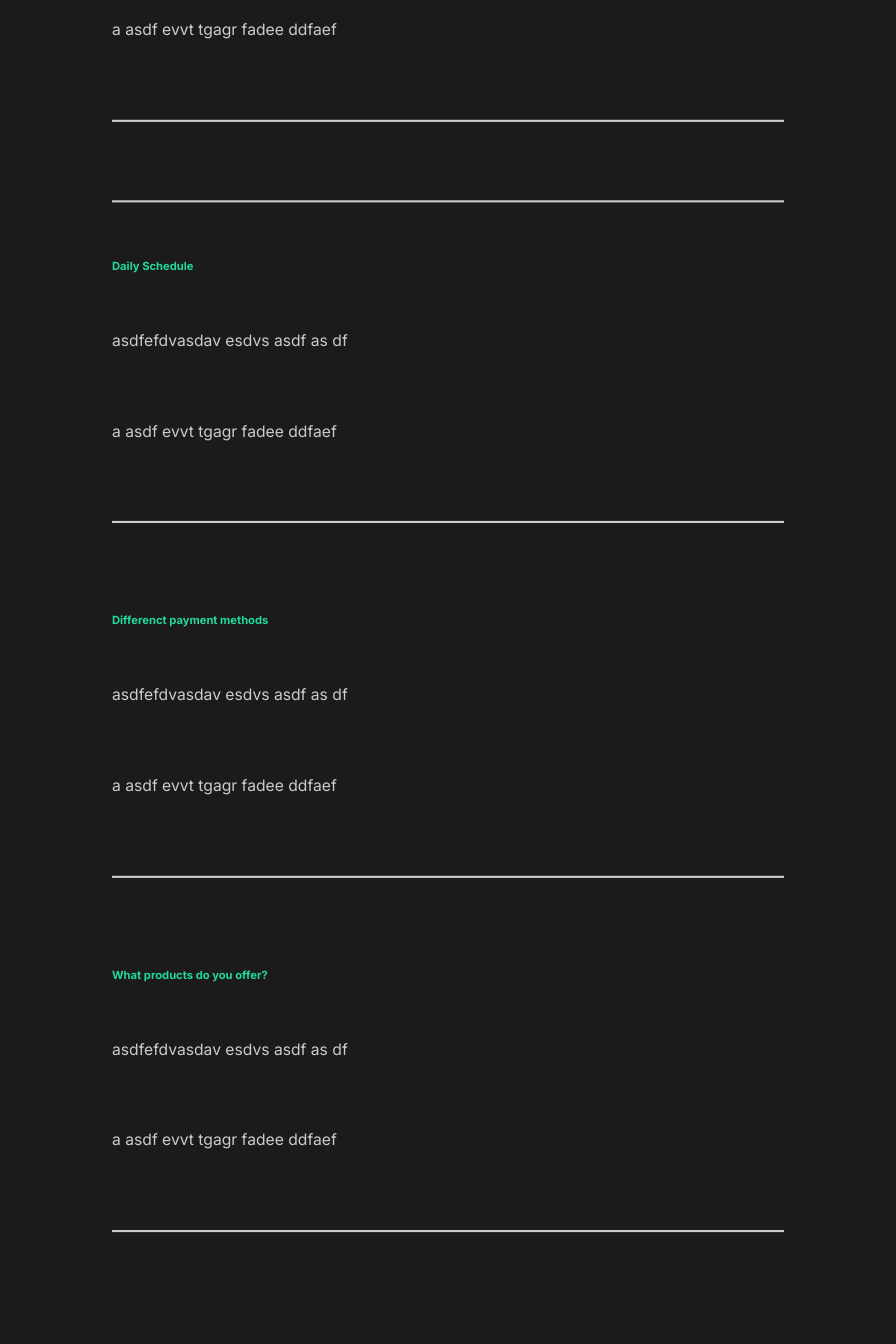
Repository: programmingwithlevi/capture
Page: /
An editor plug-in stored every save of this project. The page is shown before and after the next save, followed by the edit.
The browser window is 1280 px wide. The pictures show the part of the page from y = 2383 to 4303 px (the page is 4303 px tall before and 4236 px after), at 70% of full size.
The project was rebuilt for these pictures with package versions that can differ from the ones it lists, and the page was loaded fresh each time. Also part of the build but not shown: src/pages/ContactUs.js, src/pages/OurWork.js, src/movieState.js, src/pages/movieDetail.js.

Above is the page before, as saved 2021-12-11 12:06:02.

### public/index.html
<!DOCTYPE html>
<html lang="en">
  <head>
    <meta charset="utf-8" />
    <link rel="icon" href="%PUBLIC_URL%/favicon.ico" />
    <meta name="viewport" content="width=device-width, initial-scale=1" />
    <meta name="theme-color" content="#000000" />
    <meta
      name="description"
      content="Web site created using create-react-app"
    />
    <link rel="preconnect" href="https://fonts.googleapis.com">
<link rel="preconnect" href="https://fonts.gstatic.com" crossorigin>
<link href="https://fonts.googleapis.com/css2?family=Inter:wght@400;700&family=Lato:wght@400;700&display=swap" rel="stylesheet">
<link rel="preconnect" href="https://fonts.googleapis.com">
<link rel="preconnect" href="https://fonts.gstatic.com" crossorigin>
<link href="https://fonts.googleapis.com/css2?family=Inter:wght@400;700&family=Lato:wght@400;700&family=Lobster&display=swap" rel="stylesheet">
    <link rel="apple-touch-icon" href="%PUBLIC_URL%/logo192.png" />
    <!--
      manifest.json provides metadata used when your web app is installed on a
      user's mobile device or desktop. See https://developers.google.com/web/fundamentals/web-app-manifest/
    -->
    <link rel="manifest" href="%PUBLIC_URL%/manifest.json" />
    <!--
      Notice the use of %PUBLIC_URL% in the tags above.
      It will be replaced with the URL of the `public` folder during the build.
      Only files inside the `public` folder can be referenced from the HTML.

      Unlike "/favicon.ico" or "favicon.ico", "%PUBLIC_URL%/favicon.ico" will
      work correctly both with client-side routing and a non-root public URL.
      Learn how to configure a non-root public URL by running `npm run build`.
    -->
    <title>Capture</title>
  </head>
  <body>
    <noscript>You need to enable JavaScript to run this app.</noscript>
    <div id="root"></div>
    <!--
      This HTML file is a template.
      If you open it directly in the browser, you will see an empty page.

      You can add webfonts, meta tags, or analytics to this file.
      The build step will place the bundled scripts into the <body> tag.

      To begin the development, run `npm start` or `yarn start`.
      To create a production bundle, use `npm run build` or `yarn build`.
    -->
  </body>
</html>

### src/index.js
import React from 'react';
import ReactDOM from 'react-dom';

import App from './App';
import reportWebVitals from './reportWebVitals';
import {BrowserRouter} from 'react-router-dom';

ReactDOM.render(
  <React.StrictMode>
    <BrowserRouter>
    <App />
    </BrowserRouter>
  </React.StrictMode>,
  document.getElementById('root')
);

// If you want to start measuring performance in your app, pass a function
// to log results (for example: reportWebVitals(console.log))
// or send to an analytics endpoint. Learn more: https://bit.ly/CRA-vitals
reportWebVitals();

### src/App.js
import React from "react";
//import pages
import AboutUs from '../src/pages/AboutUs';
import GlobalStyle from "./components/GlobalStyle";
import ContactUs from "./pages/ContactUs";
import OurWork from "./pages/OurWork";
import Nav from "./components/Nav";
import MovieDetail from "./pages/MovieDetail";

//router
import {Route,Switch,useLocation} from "react-router-dom";
//animaitom
import {AnimatePresence} from "framer-motion";

function App() {
  const location = useLocation();
  return  (
    <div className="App">

        <GlobalStyle />

        <Nav />
        <AnimatePresence exitBeforeEnter>
        <Switch location={location} key={location.pathname}>
          <Route path="/"  exact>
            <AboutUs />
          </Route>
          <Route path="/work" exact>
            <OurWork />
          </Route>
          <Route path="/work/:id">
            <MovieDetail />
          </Route>
          <Route path="/contact">
            <ContactUs />
          </Route>


        </Switch>
        </AnimatePresence>
    </div>
  );
}

export default App;

### src/pages/AboutUs.js
import React from 'react';
//Page Components
import AboutSection from '../components/AboutSection';
import ServicesSection from '../components/ServicesSection';
import FaqSection from '../components/FaqSection';
//animaiton
import {motion} from "framer-motion";
import {pageAnimation} from '../animations';

const AboutUs = () => {
    return (
   <motion.div
        exit="exit"
        variants={pageAnimation}
        initial="hidden"
        animate="show"
    >
        <AboutSection />
        <ServicesSection />
        <FaqSection />
    </motion.div>
    );

}

export default AboutUs;

### src/components/GlobalStyle.js
import {createGlobalStyle} from 'styled-components';

const GlobalStyle = createGlobalStyle`
*{
   margin: 0;
   padding: 0;
   box-sizing: border-box
}
body{
    background: #1b1b1b;
    font-family: 'Inter', sans-serif;
}
button{
    font-weight: bold;
    font-size: 1.1.rem;
    padding: 1rem 2rem;
    border: 3px solid #23d997;
    background: transparent;
    color: white;
    transition: all 0.5s ease;
    font-family: 'Inter', sans-serif;
    &:hover{
        background-color:  #23d997;
        color: white;
    }

}
h2{
       font-weight: lighter;
       font-size: 4rem;
    }
    h3{
        color: white;
    }
    h4{
        font-weight: bold;
        color: #23d997;
    }
    a{
        font-size: 1.1.rem;
    }
    span{
        font-weight: bold;
        color: #23d997;
    }
    p{
        padding: 3rem 0rem;
        color: #ccc;
        font-size: 1.4rem;
        line-height: 150%;
    }
`;
export default GlobalStyle;

### src/components/Nav.js
import React from 'react';
import styled from 'styled-components';
import {Link} from 'react-router-dom';

const Nav = () => {
    return(
        <StyledNav>
            <h1><Link id="logo" to="/">Capture</Link></h1>
            <ul>
                <li>
                    <Link to="/">1. About Us</Link>
                </li>
                <li>
                    <Link to="/work">2. Our Work</Link>
                </li>
                <li>
                    <Link to="/contact">3. Contact Us</Link>
                </li>
            </ul>
        </StyledNav>
    )
}

const StyledNav = styled.nav`
    min-height: 10vh;
    display: flex;
    margin: auto;
    justify-content: space-between;
    align-items: center;
    padding: 1rem 10rem;
    background: #282828;
    a{
        color: white;
        text-decoration: none;
    }
    ul{
        display: flex;
        list-style: none;
    }
    #logo{
        font-size: 1.8rem;
        font-family: 'Lobster', cursive;
        font-weight: lighter;
    }
    li{
        padding-left: 10rem;
        position: relative;
    }
`;

export default Nav;

### src/components/AboutSection.js
import React from 'react';
import home1 from '../img/home1.png';
import {About,Description,Image,Hide } from '../styles';
//Framer Motion
import {motion} from "framer-motion";
import {titleAnim,fade,photoAnim} from '../animations';
import Wave from './Wave';

const AboutSection = () => {

    return (
        <About>
            <Description>
                <motion.div variants={titleAnim}>
                    <div className="hide">
                        <motion.h2>We work to make</motion.h2>
                    </div>
                    <Hide>
                        <motion.h2>your <span>dreams</span> </motion.h2>
                    </Hide>
                    <Hide>
                        <motion.h2 variants={titleAnim}>come true.</motion.h2>
                    </Hide>
                </motion.div>
                <motion.p variants={fade}>Contact us for any photography or videography ideas that you have. </motion.p>
                <motion.button>Contact Us</motion.button>
            </Description>
            <Image>
                <motion.img variants={photoAnim} src={home1} alt="camera guy"/>

            </Image>
            <Wave />
        </About>
    )
}
//styled components


export default AboutSection;

### src/components/ServicesSection.js
import React from 'react';
//Import Icons
import clock from '../img/clock.svg';
import diaphram from '../img/diaphram.svg';
import money from '../img/money.svg';
import teamwork from '../img/teamwork.svg';
import home2 from '../img/home2.png';
//styles
import {About,Description,Image} from "../styles";
import styled from "styled-components";

const ServicesSection = () => {
    return(
        <About>
            <div className="description">
                <h2>High <span>quality</span> services</h2>
                <Cards>
                    <Card>
                        <div className="icon">
                            <img alt="icon" src={clock} />
                            <h3>Efficient</h3>
                        </div>
                        <p>lorem5 </p>
                    </Card>
                    <Card>
                        <div className="icon">
                            <img alt="icon" src={teamwork} />
                            <h3>Teamwork</h3>
                        </div>
                        <p>lorem5 </p>
                    </Card>
                    <Card>
                        <div className="icon">
                            <img alt="icon" src={diaphram} />
                            <h3>Diaphram</h3>
                        </div>
                        <p>lorem5 </p>
                    </Card>
                    <Card>
                        <div className="icon">
                            <img alt="icon" src={money} />
                            <h3>Affordable</h3>
                        </div>
                        <p>lorem5 </p>
                    </Card>
                </Cards>
            </div>
        <div className="image">
            <img alt="camera" src={home2} />

        </div>
        </About>
    )
}

const Services = styled(About)`
h2{
    padding-bottom: 5rem;
}
p{
    width: 70%;
    padding: 2rem 0rem 4rem 0rem;
}
`;
const Cards = styled.div`
display: flex;
flex-wrap: wrap;
`;
const Card = styled.div`
    flex-basis: 15rem;
    .icon {
        display: flex;
        align-items: center;
        h3 {
            margin-left: 1rem;
            background: white;
            color: black;
            padding: 1rem;
        }
    }
`;

export default ServicesSection;

### src/components/FaqSection.js
import React from 'react';
import styled from 'styled-components';
import {About} from '../styles';
import Toggle from './Toggle';

const FaqSection = () => {
    return(
        <Faq>
            <h2>Any Questions? <span>FAQ</span></h2>
            <Toggle>
            <div className="question">
                <h4>How do I start?</h4>
                <div className="answer">
                   <p>asdfefdvasdav esdvs asdf as df</p>
                    <p>a asdf evvt tgagr fadee ddfaef</p>
                </div>
                <div className="faq-line"></div>
            </div>
            </Toggle>
            <div className="question">
                <h4>Daily Schedule</h4>
                <div className="answer">
                   <p>asdfefdvasdav esdvs asdf as df</p>
                    <p>a asdf evvt tgagr fadee ddfaef</p>
                </div>
                <div className="faq-line"></div>
            </div>
            <div className="question">
                <h4>Differenct payment methods</h4>
                <div className="answer">
                   <p>asdfefdvasdav esdvs asdf as df</p>
                    <p>a asdf evvt tgagr fadee ddfaef</p>
                </div>
                <div className="faq-line"></div>
            </div>
            <div className="question">
                <h4>What products do you offer?</h4>
                <div className="answer">
                   <p>asdfefdvasdav esdvs asdf as df</p>
                    <p>a asdf evvt tgagr fadee ddfaef</p>
                </div>
                <div className="faq-line"></div>
            </div>
        </Faq>
    )
}

const Faq = styled(About)`
    display: block;
    span{
        display: block;
    }
    h2{
        padding-bottom: 2rem;
        font-weight: lighter;
    }
    .faq-line{
        background: #cccccc;
        height: 0.2rem;
        margin: 2rem 0rem;
        width: 100%;
    }
    .question{
        padding: 3rem 0rem;
        cursor: pointer;
    }
    .answer{
        padding: 2rem 0rem;
        p{
            padding: 1rem 0 rem;
        }
    }
`;

export default FaqSection;

### src/animations.js
import { withTheme } from "styled-components";

export const pageAnimation ={
    hidden: {
        opacity: 0,
        y: 300,

    },
    show: {
        opacity: 1,
        y: 0,
        transition: {
            duration: 0.5,
            when: "beforeChildren",
            staggerChildren: 0.25,
        },
    },
    exit: {
        opacity: 0,
        //y: 300,
        transition: {
            duration: 0.5,
        },
    }
}
export const titleAnim = {
    hidden: {y: 200},
    show: {
        y:0,
        transition: {duration: 0.75, ease: "easeOut"},
    }
}
export const fade = {
    hidden: {opacity: 0},
    show: {
        opacity: 1,
        transition: {ease: "easeOut", duration: 0.75},
    }
}
export const photoAnim = {
    hidden: {scale: 1.5, opacity: 0},
    show: {
        scale: 1,
        opacity: 1,
        transition: 'easeOut',
        duration: 0.75,
    }
}
export const lineAnim = {
    hidden: {width: '0%'},
    show: {
        width: '100%',
        transition: {duration: 0.75},
    }
}

export const slider = {
    hidden: {x: '-130%', skew: '45deg'},
    show: {
        x: '100%',
        skew: '0deg',
        transition: {ease: "easeOut", duration: 1 },
    }
}

export const sliderContainer = {
    hidden: {opacity: 1},
    show: {opacity: 1, transition: { staggerChildren: 0.1, ease: 'easeOut'}},
}

### src/styles.js
import styled from "styled-components";

export const About = styled.div`
    min-height: 90vh;
    display: flex;
    align-items: center;
    justify-content: space-between;
    padding: 5rem 10rem;
    color: white;
   //position: center;
    top: 10%;

`;
export const Description = styled.div`
    flex: 1;
    padding-right: 5rem;
    z-index: 2;
    h2{
        font-weight: lighter;
    }
`

export const Image = styled.div`
    flex: 1;
    z-index: 2;
    overflow: hidden;
    img{
        width: 100%;
        height: 80vh;
        object-fit: cover;
    }

`
export const Hide = styled.div`
    overflow: hidden;
    `

### src/components/Wave.js
import React from "react";
import styled from "styled-components";
import {motion} from "framer-motion";

const Wave = () => {
    return(
    <WaveSvg viewBox="0 0 1440 363" fill="none" xmlns="http://www.w3.org/2000/svg">
<motion.path initial={{ pathLength: 0, pathOffset: 1 }}
animate={{ pathLength: 1, pathOffset: 0 }}
transition={{ duration: 1 }}
d="M1440 27.4774C1352.73 19.8184 1122.41 49.0556 899.331 227.276C620.48 450.052 354.282 355.647 170.328 185.318C23.165 49.0556 -4.21721 8.32998 0.487081 5" stroke="#D96ED4" strokeOpacity="0.5" strokeWidth="15"/>
</WaveSvg>);


};

const WaveSvg = styled.svg`
    position: absolute;
    left: 0;
    z-index: 1;
`;
export default Wave;

### src/components/Toggle.js
import React,{useState,} from 'react';

const Toggle = ({children}) => {
    const [toggle,setToggle] = useState(true);
    return(
        <div onClick={() => setToggle(!toggle)}>
            {toggle?children:""}
            <div className="faq-line"></div>
        </div>
    )
}
export default Toggle;

Loaded but not shown: src/reportWebVitals.js (common file)

After the next save:
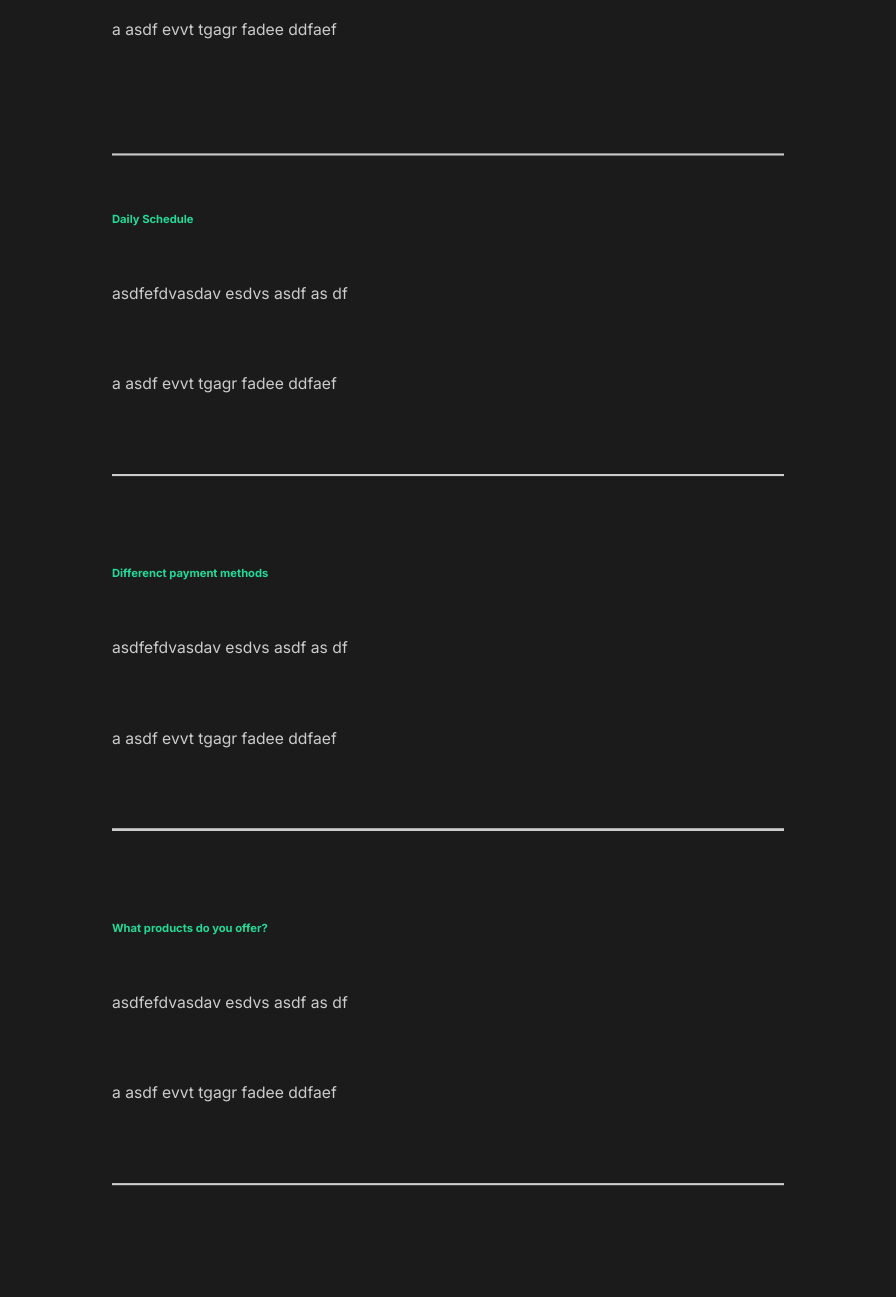
Saved 3 min 21 s later.
--- a/src/components/FaqSection.js
+++ b/src/components/FaqSection.js
@@ -7,14 +7,14 @@ const FaqSection = () => {
     return(
         <Faq>
             <h2>Any Questions? <span>FAQ</span></h2>
-            <Toggle>
+            <Toggle title="How do I start?">
             <div className="question">
                 <h4>How do I start?</h4>
                 <div className="answer">
                    <p>asdfefdvasdav esdvs asdf as df</p>
                     <p>a asdf evvt tgagr fadee ddfaef</p>
                 </div>
-                <div className="faq-line"></div>
+
             </div>
             </Toggle>
             <div className="question">
